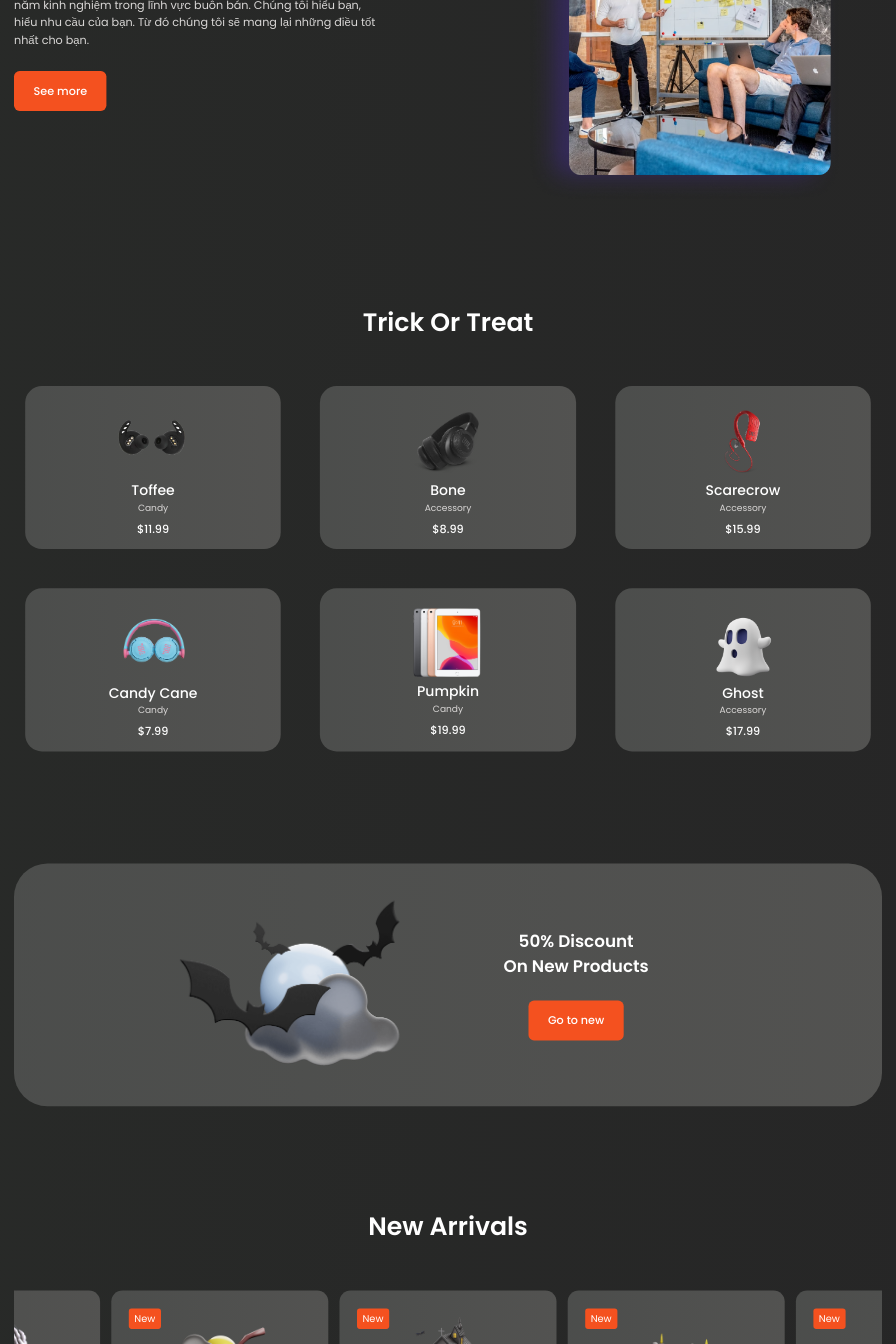
Repository: long5122000/Shopc
Page: index.html
These files come from the project's save history. The page is drawn as it stood at one moment and after the next save; the edit follows.
The browser window is 1280 px wide. The pictures show the part of the page from y = 1749 to 3669 px (the page is 4740 px tall), at 70% of full size.
The style sheet was rebuilt from its Sass, Less or Tailwind sources for each picture, by a compiler version that may differ from the author's.

Above is the page before, as saved 2021-11-27 16:56:44.
Console error: TypeError: Cannot read properties of null (reading 'classList')

### index.html
<!DOCTYPE html>
<html lang="en">
  <head>
    <meta charset="UTF-8" />
    <meta http-equiv="X-UA-Compatible" content="IE=edge" />
    <meta name="viewport" content="width=device-width, initial-scale=1.0" />
    <title>Document</title>
    <link rel="shortcut icon" href="favicon.png" type="image/x-icon" />
    <link
      rel="stylesheet"
      href="https://unpkg.com/swiper@7/swiper-bundle.min.css"
    />
    <link
      rel="stylesheet"
      href="https://cdn.jsdelivr.net/npm/boxicons@latest/css/boxicons.min.css"
    />
    <link rel="stylesheet" href="./css/app.css" />
  </head>
  <body>
    <header class="header" id="header">
      <nav class="nav container">
        <a href="" class="nav__logo">
          <img src="./images/logo-3.png" alt="" class="nav__logo-img" />
          ShopDD
        </a>
        <div class="nav__menu" id="nav-menu">
          <ul class="nav__list">
            <li class="nav__item">
              <a href="#" class="nav__link active-link">Home</a>
            </li>
            <li class="nav__item">
              <a href="#" class="nav__link">Shop</a>
            </li>
            <li class="nav__item">
              <a href="#" class="nav__link">About</a>
            </li>
            <li class="nav__item">
              <a href="#" class="nav__link">Contact</a>
            </li>

            <a href="" class="button button--ghost">Support</a>
          </ul>

          <div class="nav__close" id="nav-close">
            <i class="bx bx-x"></i>
          </div>
          <img src="./images/nav-img.png" alt="" class="nav__img" />
        </div>

        <div class="nav__toggle" id="nav-toggle">
          <i class="bx bx-grid-alt"></i>
        </div>
      </nav>
    </header>
    <main class="main">
      <section class="home container" id="home">
        <div class="swiper home-swiper">
          <div class="swiper-wrapper">
            <section class="swiper-slide">
              <div class="home__content grid">
                <div class="home__group">
                  <img
                    src="./images/banner_02.png"
                    alt=""
                    class="home__image"
                  />
                  <div class="home__indicator"></div>
                  <div class="home__details-img">
                    <h4 class="home__details-title">
                      "Công nghệ màn hình mới"
                    </h4>
                    <span class="home__details-subtitle"> Supper HDR </span>
                  </div>
                </div>

                <div class="home__data">
                  <h3 class="home__subtitle">#1 Top Điện Thoại Bán Chạy</h3>
                  <h1 class="home__title">
                    Apple <br />
                    Iphone 11 <br />Pro Max !!!
                  </h1>
                  <p class="home__description">
                    Trong năm 2019 thì chiếc smartphone được nhiều người mong
                    muốn sở hữu trên tay và sử dụng nhất không ai khác chính là
                    iPhone 11 Pro Max 256GB tới từ nhà Apple. Camera được cải
                    tiến mạnh mẽ Chắc chắn lý do lớn nhất mà bạn muốn nâng cấp
                    lên iPhone 11 Pro Max chính là cụm camera mới được Apple
                    nâng cấp rất nhiều.
                  </p>
                  <div class="home__buttons">
                    <a href="#" class="button">Buy Now</a>
                    <a href="#" class="button--link button--flex">
                      Track Record
                      <i class="bx bx-right-arrow-alt button__icon"></i>
                    </a>
                  </div>
                </div>
              </div>
            </section>

            <section class="swiper-slide">
              <div class="home__content grid">
                <div class="home__group">
                  <img src="./images/cl3.webp" alt="" class="home__image" />
                  <div class="home__indicator"></div>
                  <div class="home__details-img">
                    <h4 class="home__details-title">"Âm thanh vòng"</h4>
                    <span class="home__details-subtitle"> 360 độ </span>
                  </div>
                </div>

                <div class="home__data">
                  <h3 class="home__subtitle">#2 top Âm Thanh</h3>
                  <h1 class="home__title">
                    Loa Bluetooth<br />
                    JBL AUG<br />Supper chart
                  </h1>
                  <p class="home__description">
                    Năm 2019 sẽ là một năm đáng nhớ với những người có niềm đam
                    mê với các thiết bị nghe nhạc, đặc biệt là loa Bluetooth.
                    Chúng ta đã thấy rất nhiều những mẫu loa hoàn toàn mới được
                    ra mắt và đặc biệt hơn cả là nhìn thấy những mẫu loa yêu
                    thích của mình được nâng cấp và hoàn thiện hơn ở phiên bản
                    mới.
                  </p>
                  <div class="home__buttons">
                    <a href="#" class="button">Buy Now</a>
                    <a href="" class="button--link button--flex">
                      Track Record
                      <i class="bx bx-right-arrow-alt button__icon"></i>
                    </a>
                  </div>
                </div>
              </div>
            </section>
            <section class="swiper-slide">
              <div class="home__content grid">
                <div class="home__group">
                  <img
                    src="./images/collection_02.png"
                    alt=""
                    class="home__image"
                  />
                  <div class="home__indicator"></div>
                  <div class="home__details-img">
                    <h4 class="home__details-title">
                      "Thiết kế hoàn toàn mới"
                    </h4>
                    <span class="home__details-subtitle">
                      Màu sắc trẻ trung
                    </span>
                  </div>
                </div>

                <div class="home__data">
                  <h3 class="home__subtitle">#3 Top Thời Thượng</h3>
                  <h1 class="home__title">
                    Tai Nghe <br />
                    Beats Solo<br />Pro Max !!!
                  </h1>
                  <p class="home__description">
                    Tai nghe chùm đầu Beats được biết đến với vẻ đẹp hấp dẫn và
                    thiết kế vô cùng thời thượng. Bên cạnh đó chúng còn sở hữu
                    âm thanh đáng mơ ước không thể lẫn được vào đâu trong vô số
                    các thương hiệu tai nghe trên thị trường gần đây. Và tai
                    nghe Beats Solo Pro chống ồn là một trong những sản phẩm phổ
                    biến giúp bạn đắm chìm trong thế giới âm nhạc.
                  </p>
                  <div class="home__buttons">
                    <a href="#" class="button">Book Now</a>
                    <a href="#" class="button--link button--flex">
                      Track Record
                      <i class="bx bx-right-arrow-alt button__icon"></i>
                    </a>
                  </div>
                </div>
              </div>
            </section>
          </div>
          <div class="swiper-pagination"></div>
        </div>
      </section>
      <section class="section category">
        <h2 class="section__title">
          Thể Loại <br />
          Được Yêu Thích Nhất
        </h2>
        <div class="category__container container grid">
          <div class="category__data">
            <img src="./images/banner_01.png" alt="" class="category__image" />
            <h3 class="category__title">Điện Thoại</h3>
            <p class="category__description">
              Chọn một chiếc điện thoại mới nhất thôi !!!
            </p>
          </div>
          <div class="category__data">
            <img src="./images/cl3.webp" alt="" class="category__image" />
            <h3 class="category__title">Âm Thanh</h3>
            <p class="category__description">
              Những thiết bị âm thanh tốt nhất.
            </p>
          </div>
          <div class="category__data">
            <img
              src="./images/favourite-1.png"
              alt=""
              class="category__image"
            />
            <h3 class="category__title">Laptop, Pc, Màn hình</h3>
            <p class="category__description">
              Đáp ứng đầy đủ nhu cầu cần thiết.
            </p>
          </div>
        </div>
      </section>
      <section class="section about" id="about">
        <div class="about__container container grid">
          <div class="about__data">
            <h2 class="section__title about__title">Về chúng tôi <br /></h2>
            <p class="about__description">
              Một đơn vị cung cấp những thiết bị điện tử số một đất nước. Với 25
              năm kinh nghiệm trong lĩnh vực buôn bán. Chúng tôi hiểu bạn, hiểu
              nhu cầu của bạn. Từ đó chúng tôi sẽ mang lại những điều tốt nhất
              cho bạn.
            </p>
            <a href="#" class="button">See more</a>
          </div>
          <img src="./images/about.png" alt="" class="about__image" />
        </div>
      </section>
      <section class="trick section" id="trick">
        <h2 class="section__title">Trick Or Treat</h2>
        <div class="trick__container container grid">
          <div class="trick__content">
            <img src="./images/sanphamchay-1.png" alt="" class="trick__image" />
            <h3 class="trick__title">Toffee</h3>
            <span class="trick__subtitle">Candy</span>
            <span class="trick__price">$11.99</span>
            <button class="button trick__button">
              <i class="bx bx-cart-alt trick__icon"></i>
            </button>
          </div>

          <div class="trick__content">
            <img src="./images/sanphamchay-2.png" alt="" class="trick__image" />
            <h3 class="trick__title">Bone</h3>
            <span class="trick__subtitle">Accessory</span>
            <span class="trick__price">$8.99</span>
            <button class="button trick__button">
              <i class="bx bx-cart-alt trick__icon"></i>
            </button>
          </div>

          <div class="trick__content">
            <img
              src="./images/sanphamchay-3.webp"
              alt=""
              class="trick__image"
            />
            <h3 class="trick__title">Scarecrow</h3>
            <span class="trick__subtitle">Accessory</span>
            <span class="trick__price">$15.99</span>
            <button class="button trick__button">
              <i class="bx bx-cart-alt trick__icon"></i>
            </button>
          </div>

          <div class="trick__content">
            <img src="./images/sanphamchay-4.png" alt="" class="trick__image" />
            <h3 class="trick__title">Candy Cane</h3>
            <span class="trick__subtitle">Candy</span>
            <span class="trick__price">$7.99</span>
            <button class="button trick__button">
              <i class="bx bx-cart-alt trick__icon"></i>
            </button>
          </div>

          <div class="trick__content">
            <img src="./images/sanphamchay-5.png" alt="" class="trick__image" />
            <h3 class="trick__title">Pumpkin</h3>
            <span class="trick__subtitle">Candy</span>
            <span class="trick__price">$19.99</span>
            <button class="button trick__button">
              <i class="bx bx-cart-alt trick__icon"></i>
            </button>
          </div>

          <div class="trick__content">
            <img
              src="./images/trick-treat6-img.png"
              alt=""
              class="trick__image"
            />
            <h3 class="trick__title">Ghost</h3>
            <span class="trick__subtitle">Accessory</span>
            <span class="trick__price">$17.99</span>
            <button class="button trick__button">
              <i class="bx bx-cart-alt trick__icon"></i>
            </button>
          </div>
        </div>
      </section>
      <section class="section discount">
        <div class="discount__container container grid">
          <div class="discount__data">
            <h2 class="discount__title">50% Discount<br />On New Products</h2>
            <a href="#" class="button">Go to new</a>
          </div>
          <img src="./images/discount-img.png" alt="" class="discount__image" />
        </div>
      </section>
      <section class="section new" id="new">
        <h2 class="section__title">New Arrivals</h2>
        <div class="new__container container">
          <div class="swiper new-swiper">
            <div class="swiper-wrapper">
              <div class="new__content swiper-slide">
                <div class="new__tag">New</div>
                <img src="./images/new1-img.png" alt="" class="new__image" />
                <h3 class="new__title">Haunted House</h3>
                <span class="new__subtitle">Accsessory</span>

                <div class="new__prices">
                  <span class="new__price">$14.99</span>
                  <span class="new__discount">$29.99</span>
                </div>

                <button class="button new__button">
                  <i class="bx bx-cart-alt new__icon"></i>
                </button>
              </div>
              <div class="new__content swiper-slide">
                <div class="new__tag">New</div>
                <img src="./images/new2-img.png" alt="" class="new__image" />
                <h3 class="new__title">Halloween Candle</h3>
                <span class="new__subtitle">Accessory</span>

                <div class="new__prices">
                  <span class="new__price">$11.99</span>
                  <span class="new__discount">$21.99</span>
                </div>

                <button class="button new__button">
                  <i class="bx bx-cart-alt new__icon"></i>
                </button>
              </div>

              <div class="new__content swiper-slide">
                <div class="new__tag">New</div>
                <img src="./images/new3-img.png" alt="" class="new__image" />
                <h3 class="new__title">Witch Hat</h3>
                <span class="new__subtitle">Accessory</span>

                <div class="new__prices">
                  <span class="new__price">$4.99</span>
                  <span class="new__discount">$9.99</span>
                </div>

                <button class="button new__button">
                  <i class="bx bx-cart-alt new__icon"></i>
                </button>
              </div>

              <div class="new__content swiper-slide">
                <div class="new__tag">New</div>
                <img src="./images/new4-img.png" alt="" class="new__image" />
                <h3 class="new__title">Rip</h3>
                <span class="new__subtitle">Accessory</span>

                <div class="new__prices">
                  <span class="new__price">$24.99</span>
                  <span class="new__discount">$44.99</span>
                </div>

                <button class="button new__button">
                  <i class="bx bx-cart-alt new__icon"></i>
                </button>
              </div>

              <div class="new__content swiper-slide">
                <div class="new__tag">New</div>
                <img src="./images/new5-img.png" alt="" class="new__image" />
                <h3 class="new__title">Terrifying Crystal Ball</h3>
                <span class="new__subtitle">Accessory</span>

                <div class="new__prices">
                  <span class="new__price">$5.99</span>
                  <span class="new__discount">$12.99</span>
                </div>

                <button class="button new__button">
                  <i class="bx bx-cart-alt new__icon"></i>
                </button>
              </div>

              <div class="new__content swiper-slide">
                <div class="new__tag">New</div>
                <img src="./images/new6-img.png" alt="" class="new__image" />
                <h3 class="new__title">Witch Broom</h3>
                <span class="new__subtitle">Accessory</span>

                <div class="new__prices">
                  <span class="new__price">$7.99</span>
                  <span class="new__discount">$14.99</span>
                </div>

                <button class="button new__button">
                  <i class="bx bx-cart-alt new__icon"></i>
                </button>
              </div>
            </div>
          </div>
        </div>
      </section>
      <section class="section newsletter">
        <div class="newsletter__container container">
          <h2 class="section__title">Our Newsletter</h2>
          <p class="newsletter__description">
            Promotion new products and sales. Directly to your inbox
          </p>
          <form action="" class="newsletter__form">
            <input
              type="email"
              placeholder="Enter your email"
              class="newsletter__input"
            />
            <button class="button">Subscribe</button>
          </form>
        </div>
      </section>
    </main>
    <footer class="footer section">
      <div class="footer__container container grid">
        <div class="footer__content">
          <a href="#" class="footer__logo">
            <img src="./images/logo.png" alt="" class="footer__logo-image" />
            Halloween
          </a>
          <p class="footer__description">
            Enjoy the scariest night <br />
            of your life
          </p>
          <div class="footer__social">
            <a
              href="https://www.facebook.com/"
              target="_blank"
              class="footer__social-link"
            >
              <i class="bx bxl-facebook"></i>
            </a>
            <a
              href="https://www.instagram.com/"
              target="_blank"
              class="footer__social-link"
            >
              <i class="bx bxl-instagram-alt"></i>
            </a>
            <a
              href="https://twitter.com/"
              target="_blank"
              class="footer__social-link"
            >
              <i class="bx bxl-twitter"></i>
            </a>
          </div>
        </div>
        <div class="footer__content">
          <h3 class="footer__title">About</h3>
          <ul class="footer__links">
            <li>
              <a href="" class="footer__link">About Us</a>
            </li>
            <li>
              <a href="" class="footer__link">Features</a>
            </li>
            <li>
              <a href="" class="footer__link">News</a>
            </li>
          </ul>
        </div>
        <div class="footer__content">
          <h3 class="footer__title">Our Service</h3>
          <ul class="footer__links">
            <li>
              <a href="" class="footer__link">Pricing</a>
            </li>
            <li>
              <a href="" class="footer__link">Discounts</a>
            </li>
            <li>
              <a href="" class="footer__link">Shipping mode</a>
            </li>
          </ul>
        </div>
        <div class="footer__content">
          <h3 class="footer__title">Our Company</h3>
          <ul class="footer__links">
            <li>
              <a href="" class="footer__link">Blog</a>
            </li>
            <li>
              <a href="" class="footer__link">About us</a>
            </li>
            <li>
              <a href="" class="footer__link">Our mision</a>
            </li>
          </ul>
        </div>
      </div>

      <span class="footer__copy">&#169; Long Lương. All rigths reserved</span>

      <img src="./images/footer1-img.png" alt="" class="footer__image-one" />
      <img src="./images/footer2-img.png" alt="" class="footer__image-two" />
    </footer>
    <a href="#" class="scrollup" id="scroll-up">
      <i class="bx bx-up-arrow-alt scrollup__icon"></i>
    </a>
    <script src="https://unpkg.com/swiper@7/swiper-bundle.min.js"></script>
    <script src="scripts/scrollreveal.min.js"></script>
    <script src="./scripts/app.js"></script>
  </body>
</html>

### sass/app.scss
@import "variables";
@import "reset";
@import "mixin";
@import "base";
@import "header";
@import "home";
@import "category";
@import "about";
@import "trick";
@import "discount";
@import "new";
@import "newsletter";
@import "footer";
@import "scroll";
@import "breakpoints";

### sass/_reset.scss
html {
  box-sizing: border-box;
}
* {
  margin: 0;
  padding: 0;
}
*,
*:before,
*:after {
  box-sizing: border-box;
}
input,
textarea,
select,
button {
  outline: none;
  border: none;
}
input {
  line-height: normal;
}
label,
button {
  cursor: pointer;
}
a {
  text-decoration: none;
}
img {
  display: block;
  max-width: 100%;
}

### sass/_mixin.scss
@mixin flex(
  $align: flex-start,
  $justify: flex-start,
  $wrap: nowrap,
  $dir: row
) {
  display: flex;
  justify-content: $justify;
  align-items: $align;
  flex-wrap: $wrap;
  flex-direction: $dir;
}
@mixin maxw($breakpoint) {
  @media screen and (max-width: $breakpoint) {
    @content;
  }
}
@mixin minw($breakpoint) {
  @media screen and (min-width: $breakpoint) {
    @content;
  }
}

### sass/_category.scss
.category {
  &__container {
    grid-template-columns: repeat(2, 1fr);
    gap: 1rem 2rem;
  }
  &__data {
    text-align: center;
  }
  &__image {
    width: 120px;
    margin: 0 auto;
    transition: 0.3s;
  }
  &__title {
    margin-bottom: var(--mb-0-25);
  }
  &__data:hover {
    .category {
      &__image {
        transform: translateY(-0.5rem);
      }
    }
  }
}
.scroll {
  &-header {
    background: var(--container-color);
  }
}

### sass/_about.scss
.about {
  &__container {
    row-gap: 2rem;
  }
  &__data {
    text-align: center;
  }
  &__description {
    margin-bottom: var(--mb-2);
  }
  &__image {
    width: 200px;
    justify-self: center;
  }
}

### sass/_discount.scss
.discount {
  &__container {
    background: var(--container-color);
    border-radius: 1rem;
    padding: 2.5rem 0 1.5rem;
    row-gap: 0.75rem;
  }
  &__data {
    text-align: center;
  }
  &__title {
    font-size: var(--h2-font-size);
    margin-bottom: var(--mb-2);
  }
  &__image {
    width: 200px;
    justify-self: center;
  }
}

### sass/_scroll.scss
.scrollup {
  position: fixed;
  background: var(--container-color);
  right: 1rem;
  bottom: -20%;
  display: inline-flex;
  padding: 0.3rem;
  border-radius: 0.25rem;
  z-index: var(--z-tooltip);
  opacity: 0.8;
  transition: 0.4s;
  &:hover {
    background: var(--container-color);
    opacity: 1;
  }
  &__icon {
    font-size: 1.2rem;
    color: var(--title-color);
  }
}
.show-scroll {
  bottom: 3rem;
}

Loaded but not shown: scripts/scrollreveal.min.js (library); scripts/app.js (87 lines, source omitted); sass/_breakpoints.scss (283 lines, source omitted); sass/_home.scss (82 lines, source omitted); sass/_header.scss (88 lines, source omitted); sass/_new.scss (72 lines, source omitted); sass/_base.scss (84 lines, source omitted); sass/_variables.scss (56 lines, source omitted); sass/_footer.scss (77 lines, source omitted); sass/_trick.scss (53 lines, source omitted); sass/_newsletter.scss (23 lines, source omitted)

After the next save:
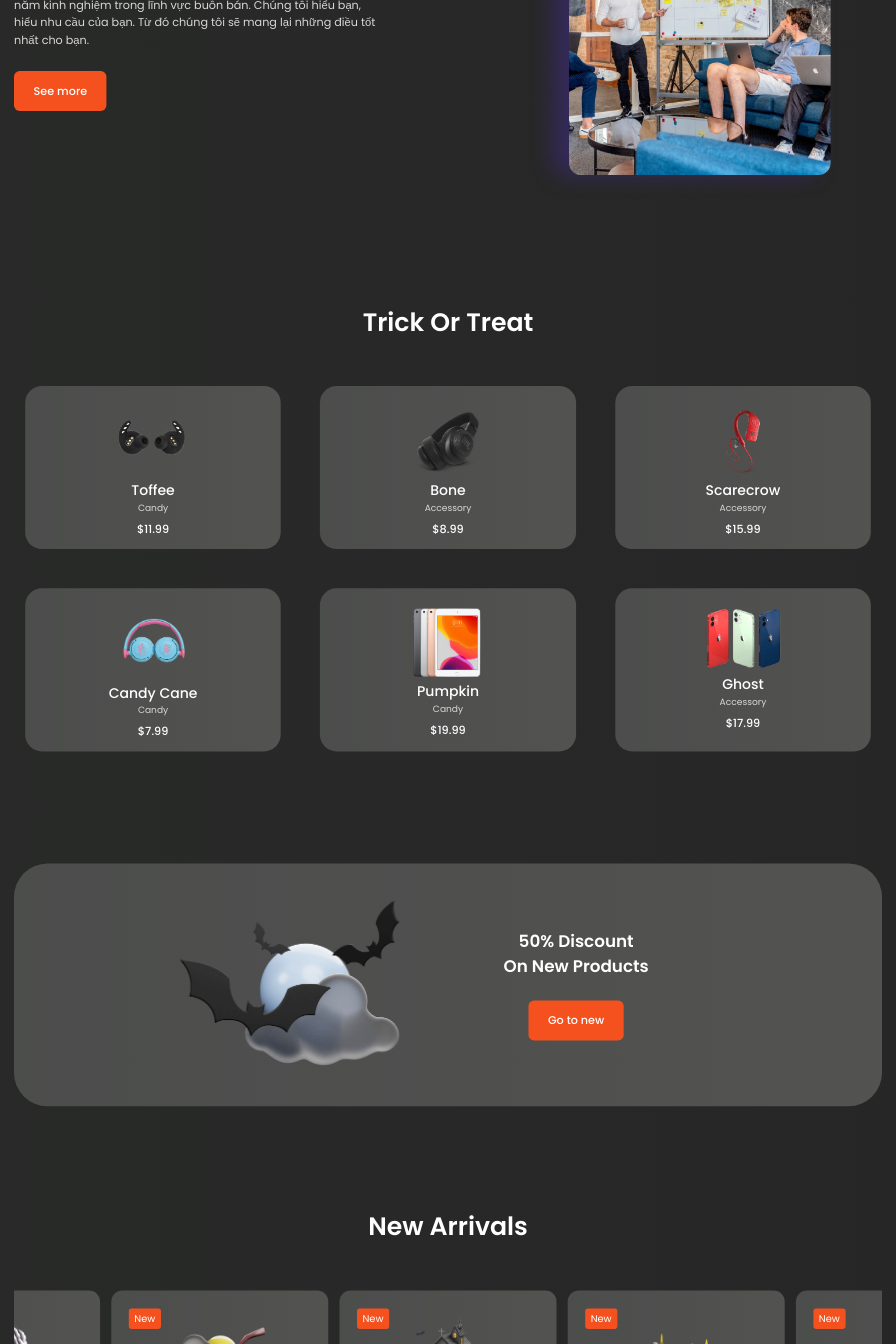
Saved 96 s later.
--- a/index.html
+++ b/index.html
@@ -287,7 +287,7 @@
 
           <div class="trick__content">
             <img
-              src="./images/trick-treat6-img.png"
+              src="./images/sanphamchay-6.png "
               alt=""
               class="trick__image"
             />
